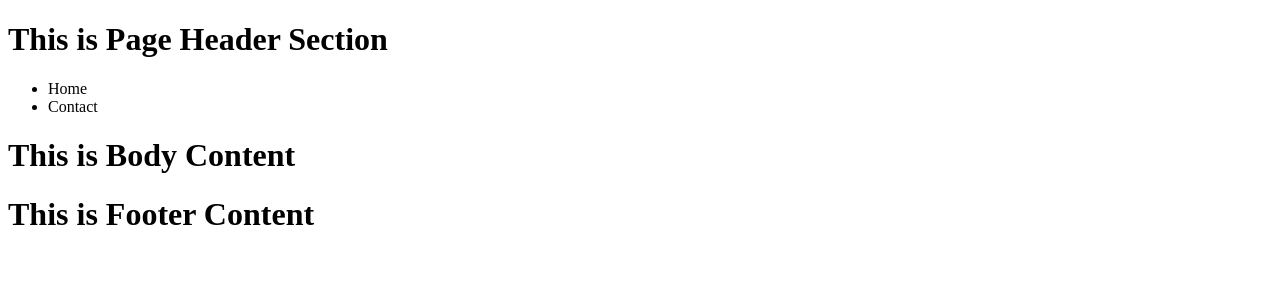
Repository: ZawMinKhantOrLeon/JavaEEWS
Page: http://localhost/jsp_servlet/home-page.jsp
The author's editor kept a copy of each file at every save. The page is drawn from the files as they stood at one save, then again after the next save.
The browser window is 1280 px wide. The pictures show the whole page.
The page is served by Tomcat 10.

Above is the page before, as saved 2024-02-15 04:23:31.

After the next save:
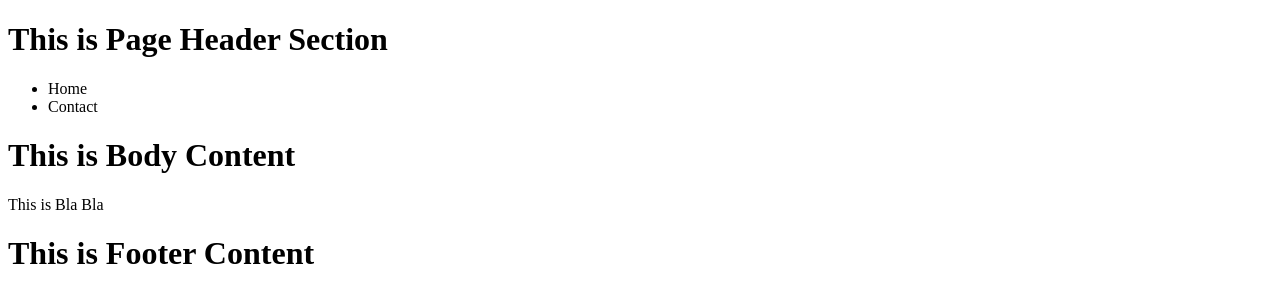
Saved 20 s later.
--- a/jsp_servlet/src/main/webapp/home-page.jsp
+++ b/jsp_servlet/src/main/webapp/home-page.jsp
@@ -15,6 +15,7 @@
   </ul>
   <!-- Content -->
   <h1>This is Body Content</h1>
+  <p> This is Bla Bla </p>
   <!-- Footer -->
   <h1> This is Footer Content </h1>
 </body>
